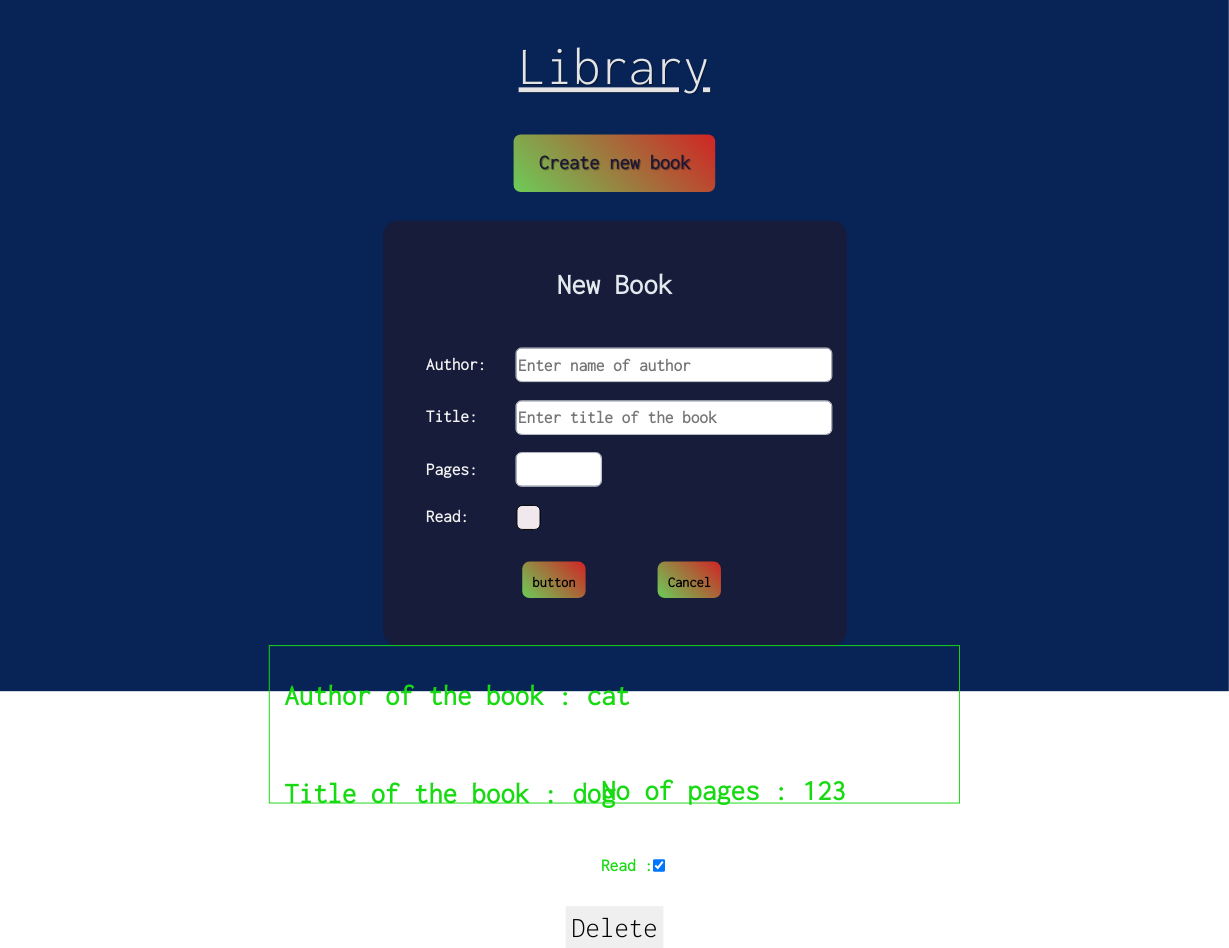
Repository: 0101chaitanya/Library
Page: index.html
The author's editor kept a copy of each file at every save. The page is drawn from the files as they stood at one save, then again after a run of saves.
The browser window is 1280 px wide. The pictures show the whole page, at 96% of full size.

Above is the page before, as saved 2021-06-05 09:40:14.

After the next 2 saves:
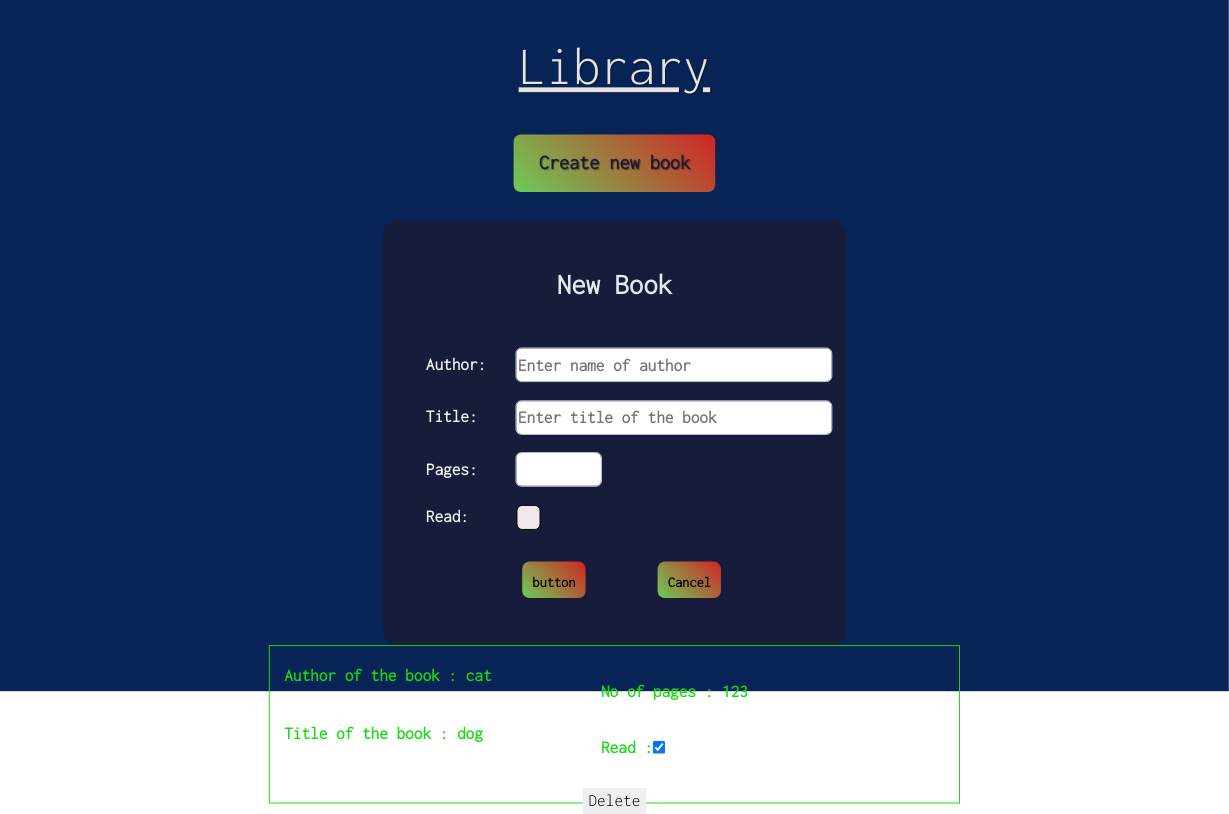
The 2 saves are shown as one change because they came seconds apart.
The last was saved 7 s later.
--- a/styles.css
+++ b/styles.css
@@ -283,7 +283,7 @@ h1 {
     padding: 0rem 1rem;
     color: #18da12;
     height: 11rem;
-    font-size: 2rem;
+    font-size: 1.2rem;
 }
 
 p:nth-of-type(3) {
